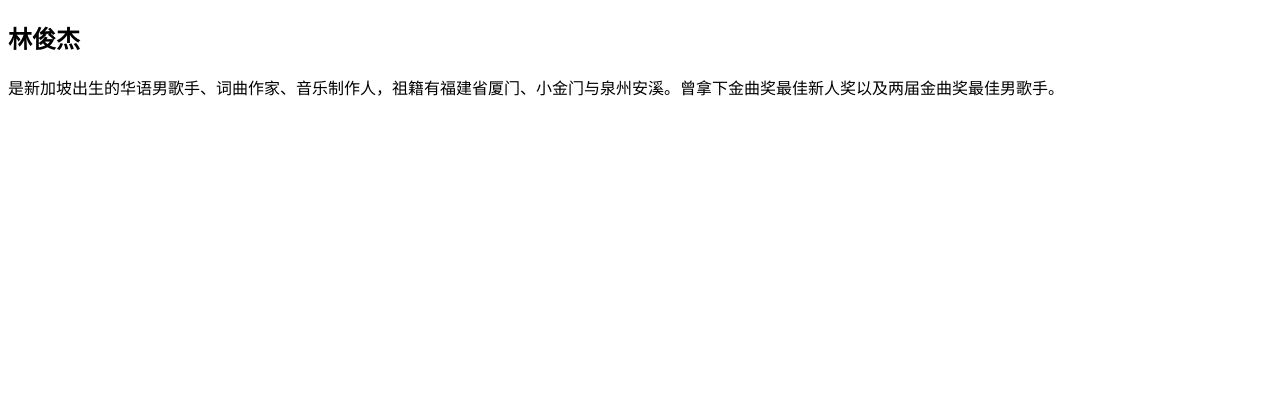
Repository: chenguocan/html_work
Page: html_work.html
An editor plug-in stored every save of this project. The page is shown before and after the next save, followed by the edit.
The browser window is 1280 px wide. The pictures show the whole page.

Above is the page before, as saved 2020-06-26 09:54:13.

After the next save:
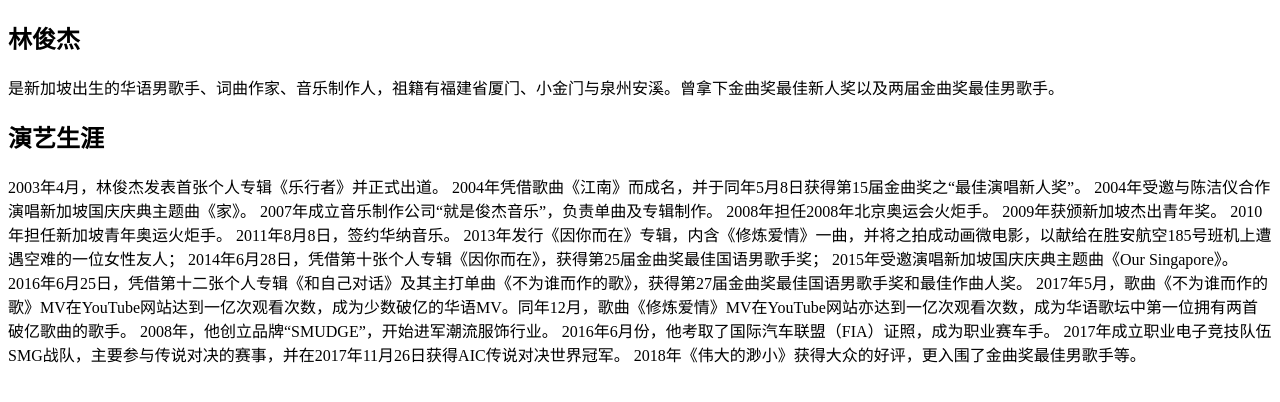
Saved 2 min 48 s later.
--- a/html_work.html
+++ b/html_work.html
@@ -14,6 +14,22 @@
       <p>
         是新加坡出生的华语男歌手、词曲作家、音乐制作人，祖籍有福建省厦门、小金门与泉州安溪。曾拿下金曲奖最佳新人奖以及两届金曲奖最佳男歌手。
       </p>
+      <h2>演艺生涯</h2>
+      2003年4月，林俊杰发表首张个人专辑《乐行者》并正式出道。
+      2004年凭借歌曲《江南》而成名，并于同年5月8日获得第15届金曲奖之“最佳演唱新人奖”。
+      2004年受邀与陈洁仪合作演唱新加坡国庆庆典主题曲《家》。
+      2007年成立音乐制作公司“就是俊杰音乐”，负责单曲及专辑制作。
+      2008年担任2008年北京奥运会火炬手。 2009年获颁新加坡杰出青年奖。
+      2010年担任新加坡青年奥运火炬手。 2011年8月8日，签约华纳音乐。
+      2013年发行《因你而在》专辑，内含《修炼爱情》一曲，并将之拍成动画微电影，以献给在胜安航空185号班机上遭遇空难的一位女性友人；
+      2014年6月28日，凭借第十张个人专辑《因你而在》，获得第25届金曲奖最佳国语男歌手奖；
+      2015年受邀演唱新加坡国庆庆典主题曲《Our Singapore》。
+      2016年6月25日，凭借第十二张个人专辑《和自己对话》及其主打单曲《不为谁而作的歌》，获得第27届金曲奖最佳国语男歌手奖和最佳作曲人奖。
+      2017年5月，歌曲《不为谁而作的歌》MV在YouTube网站达到一亿次观看次数，成为少数破亿的华语MV。同年12月，歌曲《修炼爱情》MV在YouTube网站亦达到一亿次观看次数，成为华语歌坛中第一位拥有两首破亿歌曲的歌手。
+      2008年，他创立品牌“SMUDGE”，开始进军潮流服饰行业。
+      2016年6月份，他考取了国际汽车联盟（FIA）证照，成为职业赛车手。
+      2017年成立职业电子竞技队伍SMG战队，主要参与传说对决的赛事，并在2017年11月26日获得AIC传说对决世界冠军。
+      2018年《伟大的渺小》获得大众的好评，更入围了金曲奖最佳男歌手等。
     </section>
   </body>
 </html>
